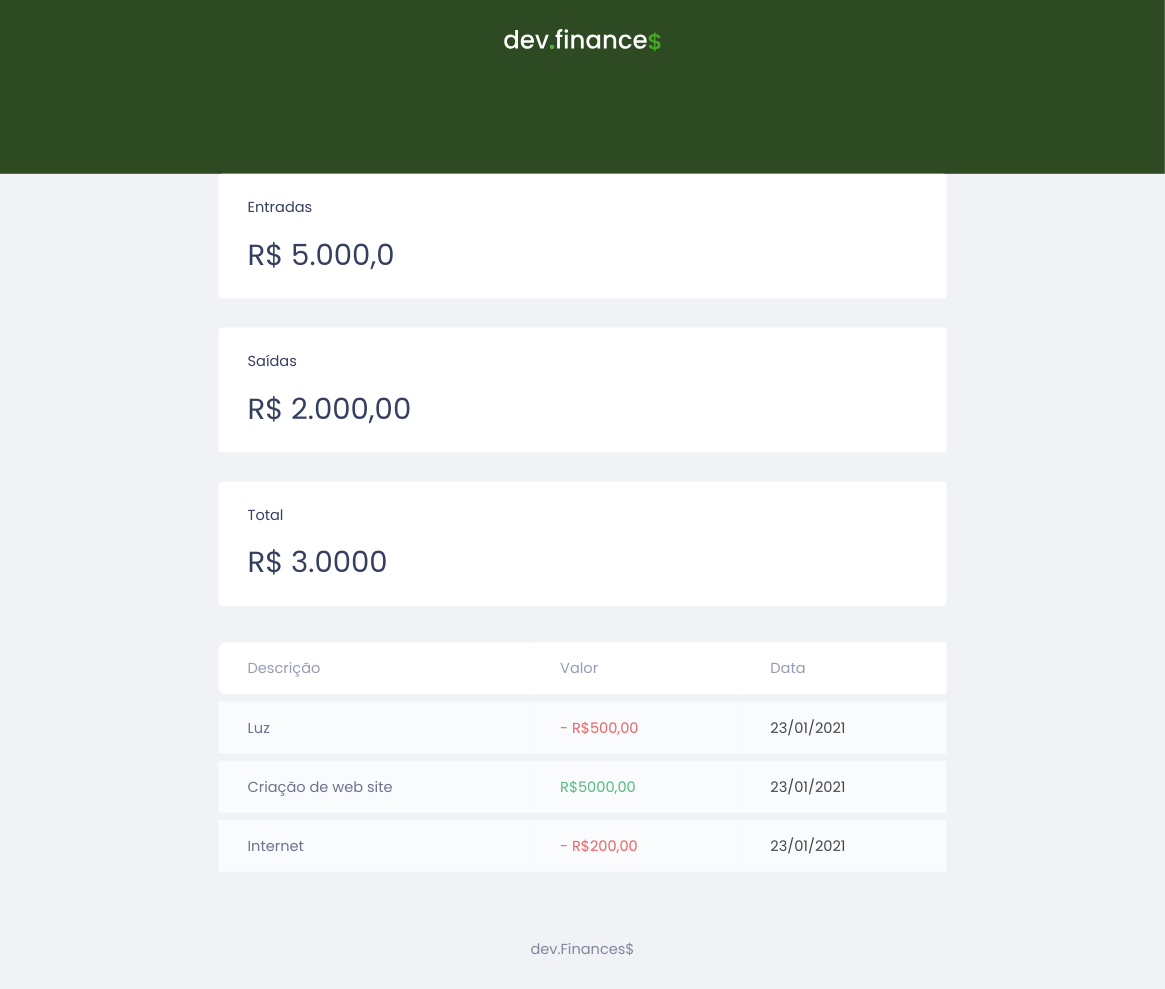
Repository: rafaelmgr12/maratona-dev01
Page: index.html
These files come from the project's save history. The page is drawn as it stood at one moment and after the next save; the edit follows.
The browser window is 1280 px wide. The pictures show the whole page, at 91% of full size.

Above is the page before, as saved 2021-04-27 20:06:23.

After the next save:
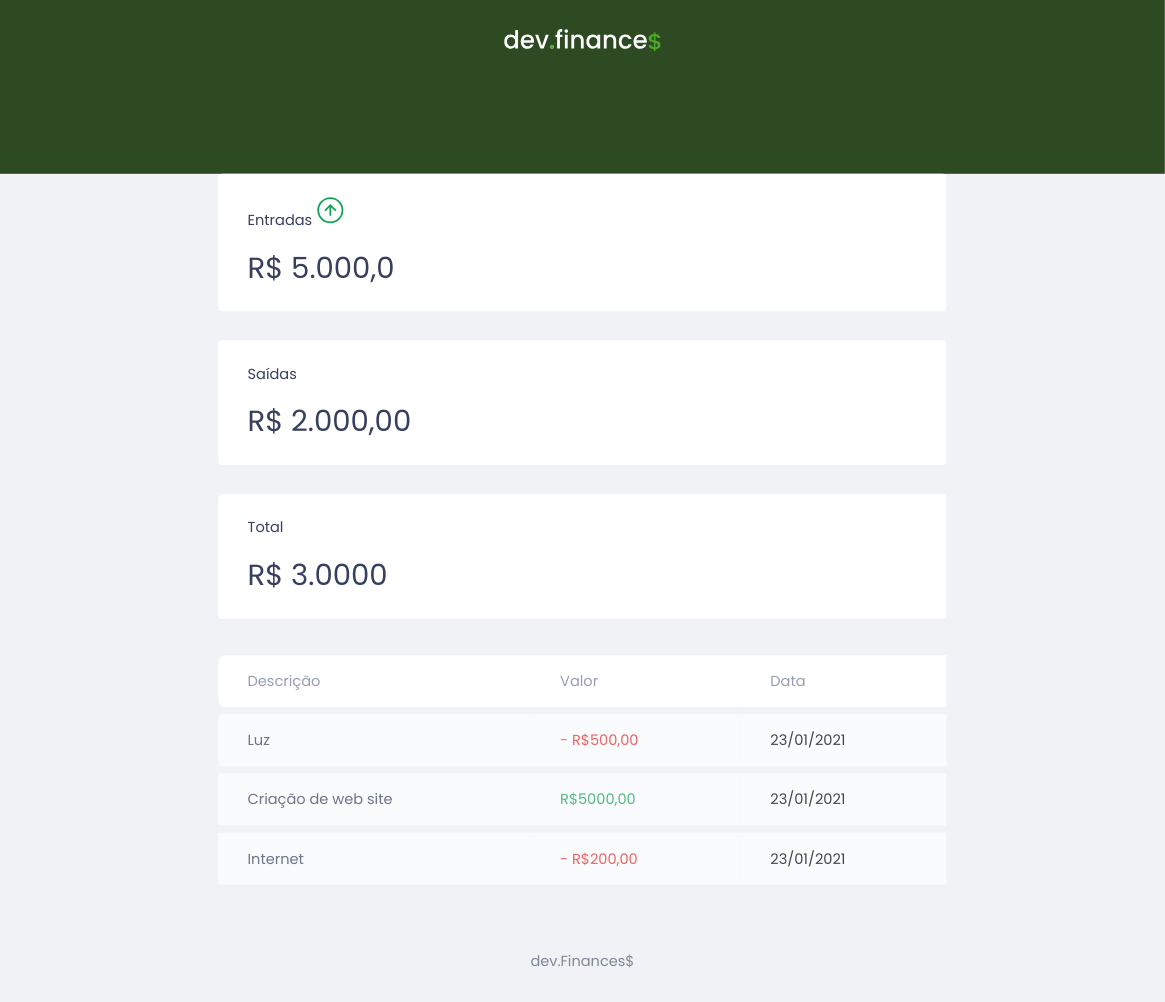
Saved 50 s later.
--- a/index.html
+++ b/index.html
@@ -5,27 +5,29 @@
     <meta http-equiv="X-UA-Compatible" content="IE=edge" />
     <meta name="viewport" content="width=device-width, initial-scale=1.0" />
     <title>Rafael-app.finance$</title>
-    <link rel="stylesheet" href="style.css">
-    <link rel="preconnect" href="https://fonts.gstatic.com">
-    <link href="https://fonts.googleapis.com/css2?family=Poppins:ital,wght@0,100;0,400;0,700;1,100;1,400;1,700&display=swap" rel="stylesheet">
+    <link rel="stylesheet" href="style.css" />
+    <link rel="preconnect" href="https://fonts.gstatic.com" />
+    <link
+      href="https://fonts.googleapis.com/css2?family=Poppins:ital,wght@0,100;0,400;0,700;1,100;1,400;1,700&display=swap"
+      rel="stylesheet"
+    />
   </head>
   <body>
     <header>
-      <img src="./assets/logo.svg" alt="Logo dev.Finance">
+      <img src="./assets/logo.svg" alt="Logo dev.Finance" />
     </header>
-    <main class = "container">
+    <main class="container">
       <section id="balance">
+        <h2 class="sr-only">Balanço</h2>
 
-        <h2 class = "sr-only">Balanço</h2>
-
-        <div class = "card">
+        <div class="card">
           <h3>
-            <span>Entradas
-              </span>
-            </h3>
+            <span>Entradas </span>
+            <img src="./assets/income.svg" alt="Imagem de entradas">
+          </h3>
           <p>R$ 5.000,0</p>
         </div>
-        <div class = "card">
+        <div class="card">
           <h3>Saídas</h3>
           <p>R$ 2.000,00</p>
         </div>
@@ -34,9 +36,9 @@
           <p>R$ 3.0000</p>
         </div>
       </section>
-      <section id = "transaction">
-        <h2 class = "sr-only">Transações</h2>
-        <table id= "data-table">
+      <section id="transaction">
+        <h2 class="sr-only">Transações</h2>
+        <table id="data-table">
           <thead>
             <tr>
               <th>Descrição</th>
@@ -46,19 +48,19 @@
           </thead>
           <tbody>
             <tr>
-              <td class = "description">Luz</td>
-              <td class = "expense">- R$500,00</td>
-              <td class = "date">23/01/2021</td>
+              <td class="description">Luz</td>
+              <td class="expense">- R$500,00</td>
+              <td class="date">23/01/2021</td>
             </tr>
             <tr>
-              <td class = "description">Criação de web site</td>
-              <td class = "income">R$5000,00</td>
-              <td class = "date">23/01/2021</td>
+              <td class="description">Criação de web site</td>
+              <td class="income">R$5000,00</td>
+              <td class="date">23/01/2021</td>
             </tr>
             <tr>
-              <td class = "description">Internet</td>
-              <td class = "expense">- R$200,00</td>
-              <td class = "date">23/01/2021</td>
+              <td class="description">Internet</td>
+              <td class="expense">- R$200,00</td>
+              <td class="date">23/01/2021</td>
             </tr>
           </tbody>
         </table>
